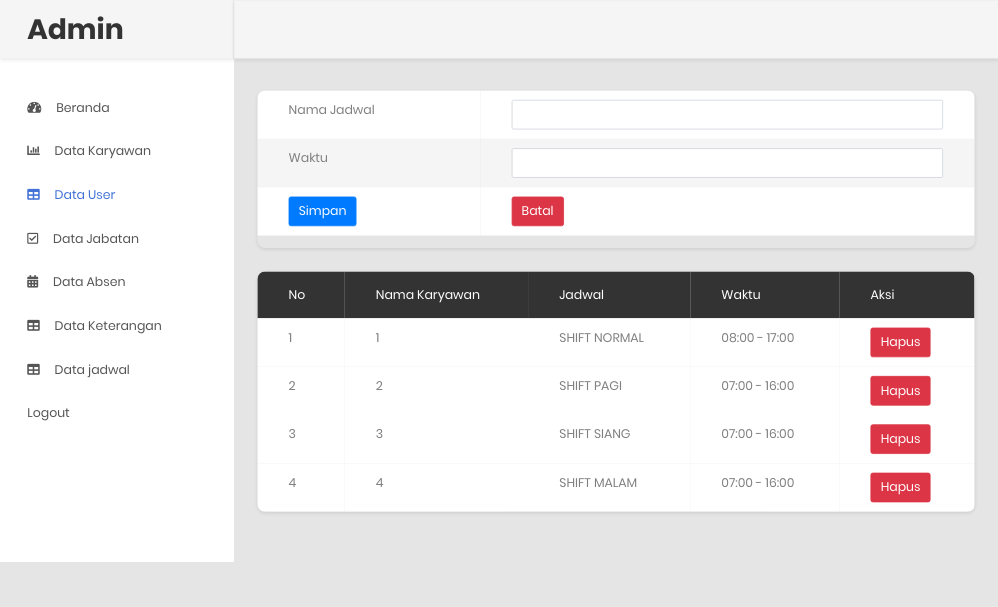
Repository: naldi23bob/Absen2
Page: http://localhost/datajadwal.php
An editor plug-in stored every save of this project. The page is shown before and after the next save, followed by the edit.
The browser window is 1280 px wide. The pictures show the whole page, at 78% of full size.
The page is run by PHP 8.4 with error messages shown; the project is at /var/www/html/. The session is filled in as if someone had signed in: {"idsi": 2, "namasi": "admin", "ttlsi": 1, "jenkelsi": 1, "agamasi": 1, "alamatsi": 1, "teleponsi": 1, "jabatansi": 1, "schedulesi": 1, "fotosi": 1, "username": "admin"}. The database holds what the project's SQL file puts in it.

Above is the page before, as saved 2023-07-23 15:14:40.

After the next save:
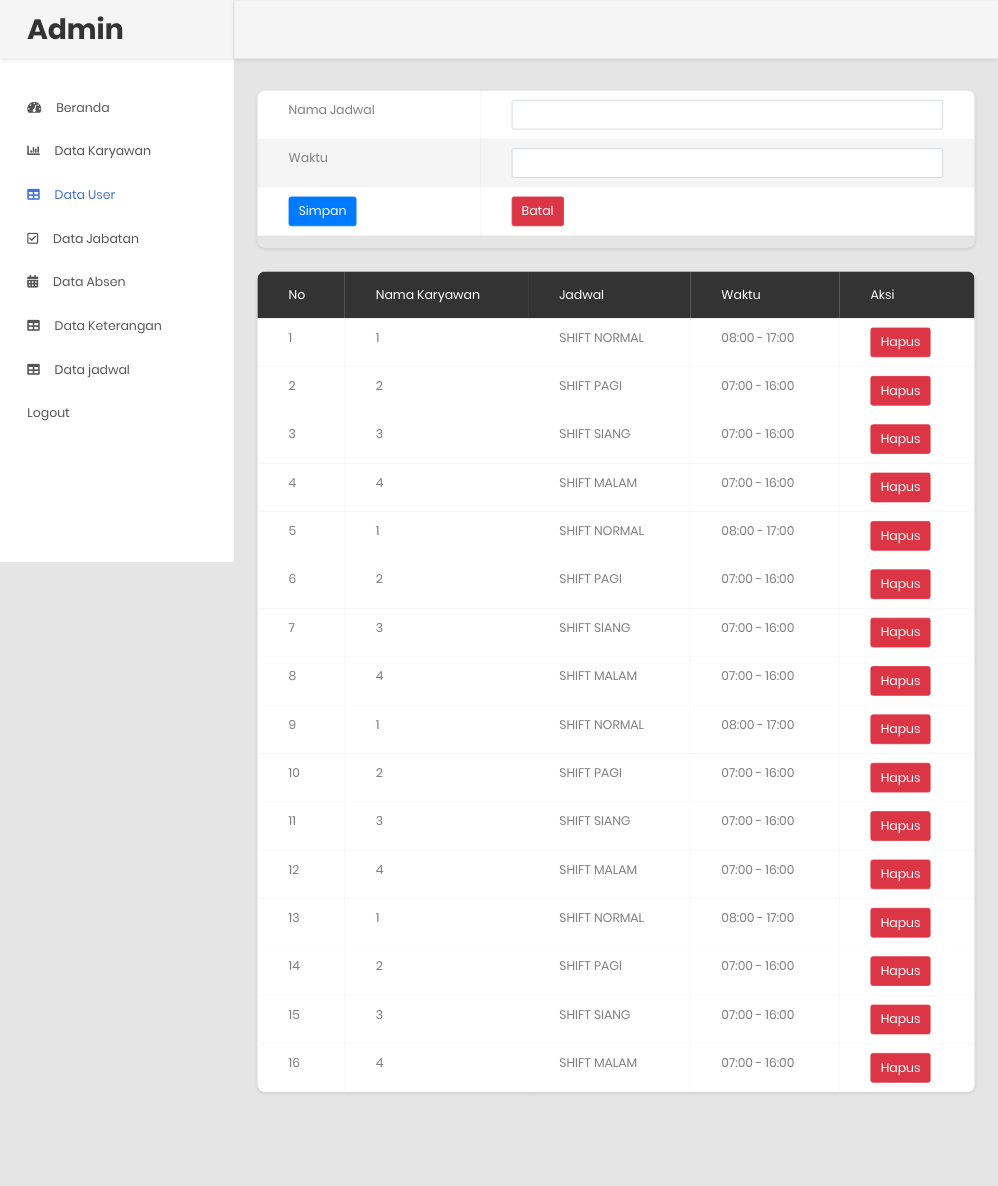
Saved 2 min 34 s later.
--- a/datajadwal.php
+++ b/datajadwal.php
@@ -246,7 +246,7 @@ error_reporting(0);
                                         </thead>
                                         <?php
                                             include 'koneksi.php';
-                                            $sql = "SELECT * FROM tb_schedule";
+                                            $sql = "SELECT * FROM tb_schedule JOIN tb_karyawan";
                                             $query = mysqli_query($koneksi, $sql);
 
                                             $no = 1;
